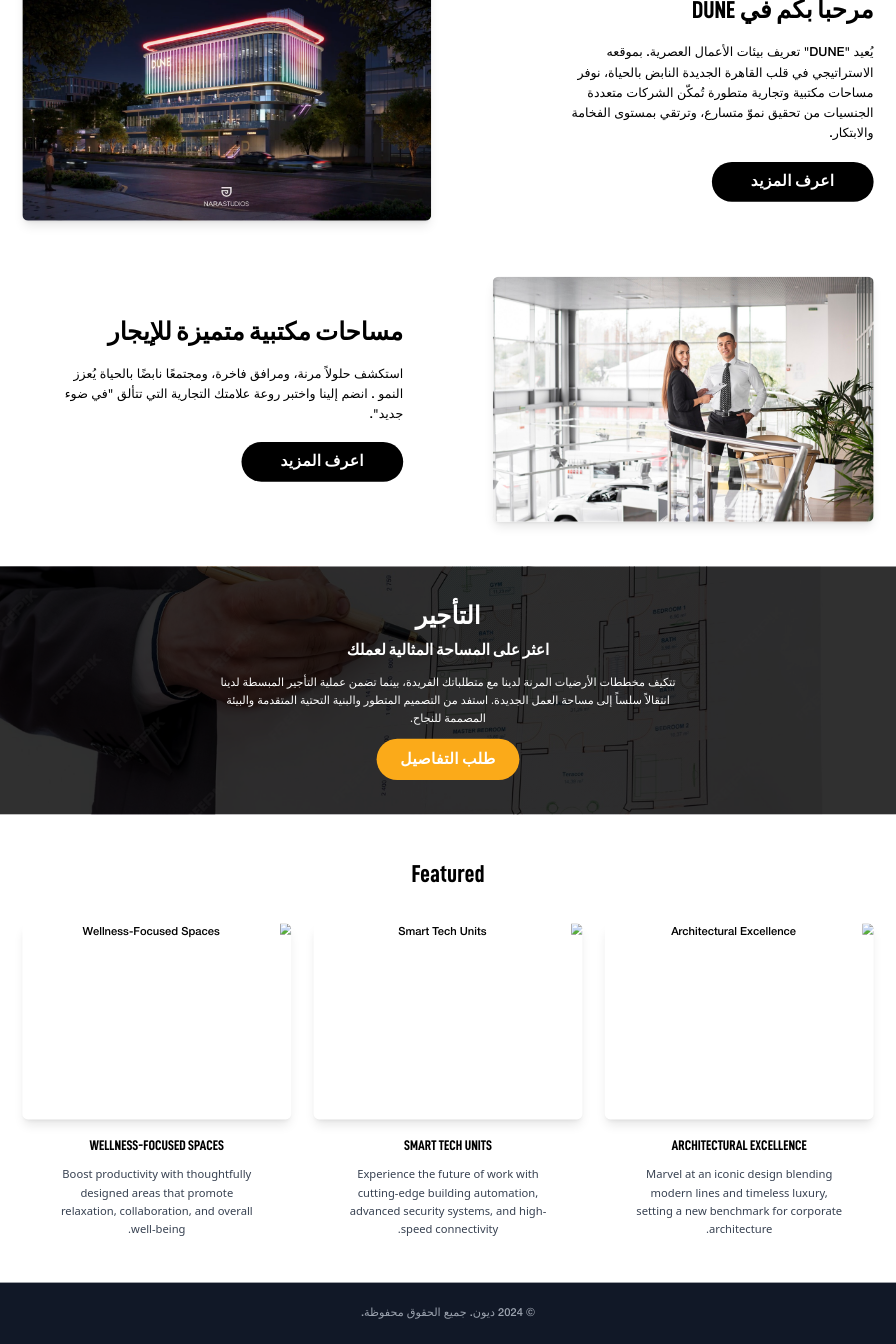
Repository: ahmedassr5765/dune
Page: index.html
These files come from the project's save history. The page is drawn as it stood at one moment and after the next save; the edit follows.
The browser window is 1280 px wide. The pictures show the part of the page from y = 1296 to 3216 px (the page is 3216 px tall before and 3190 px after), at 70% of full size.
After loading, the first visible `#languageToggle` was clicked once.
Some web libraries are served in a nearby version.

Above is the page before, as saved 2025-07-12 18:53:10.
Not found: images/architectural-excellence.jpg
Not found: images/smart-tech-units.jpg
Not found: images/wellness-spaces.jpg

After the next save:
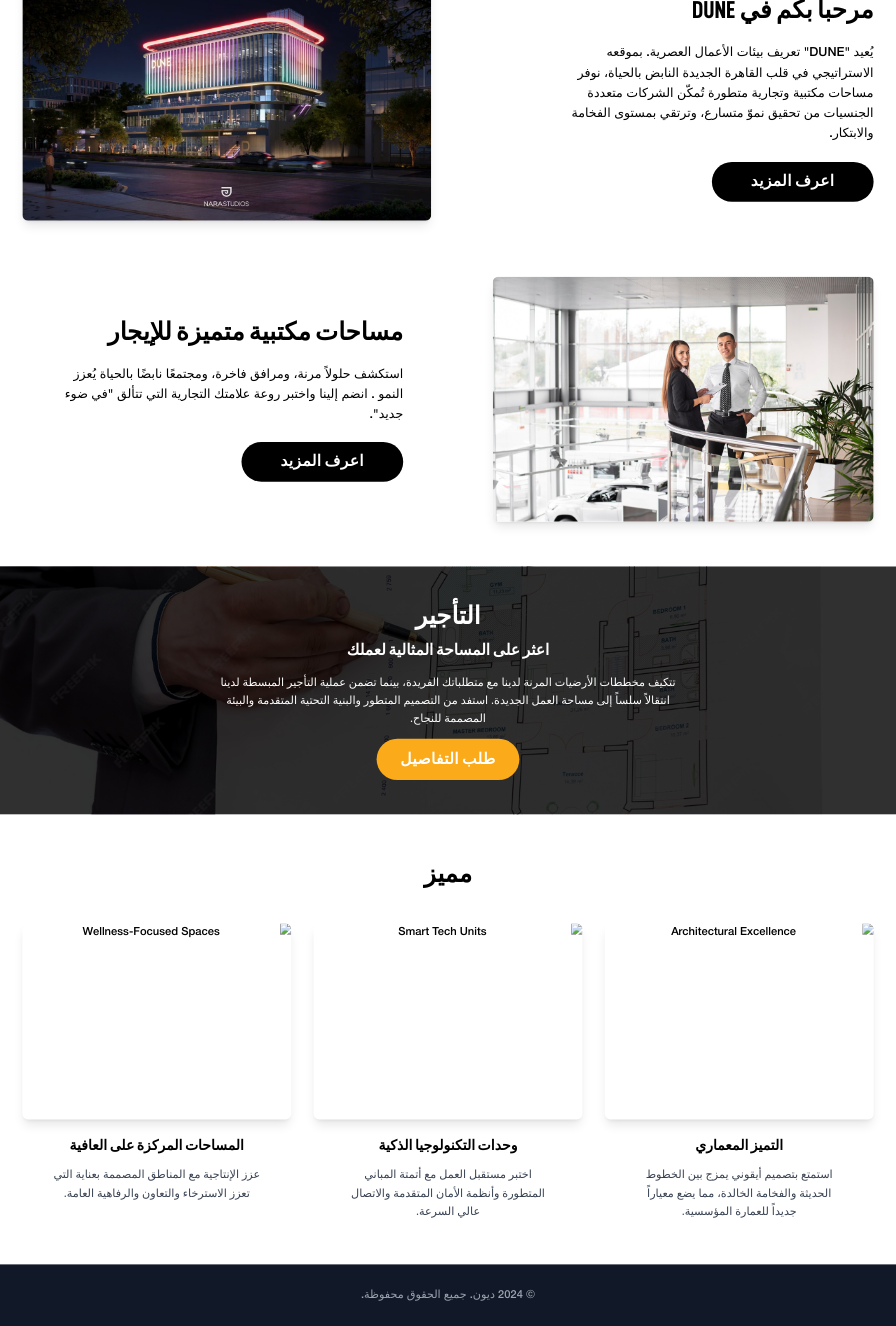
Saved 13 s later.
--- a/index.js
+++ b/index.js
@@ -137,16 +137,22 @@
         leasingCta.textContent = leasingCta.getAttribute('data-' + lang);
     }
 
-    // Update linked images section titles and descriptions
-    for (let i = 1; i <= 6; i++) {
-        const linkTitle = document.querySelector(`.link-title-${i}`);
-        if (linkTitle) {
-            linkTitle.textContent = linkTitle.getAttribute('data-' + lang);
+    // Update featured section main title
+    const featuredMainTitle = document.querySelector('.featured-main-title');
+    if (featuredMainTitle) {
+        featuredMainTitle.textContent = featuredMainTitle.getAttribute('data-' + lang);
+    }
+
+    // Update featured section items
+    for (let i = 1; i <= 3; i++) {
+        const featuredTitle = document.querySelector(`.featured-title-${i}`);
+        if (featuredTitle) {
+            featuredTitle.textContent = featuredTitle.getAttribute('data-' + lang);
         }
 
-        const linkDesc = document.querySelector(`.link-desc-${i}`);
-        if (linkDesc) {
-            linkDesc.textContent = linkDesc.getAttribute('data-' + lang);
+        const featuredDesc = document.querySelector(`.featured-desc-${i}`);
+        if (featuredDesc) {
+            featuredDesc.textContent = featuredDesc.getAttribute('data-' + lang);
         }
     }
 
